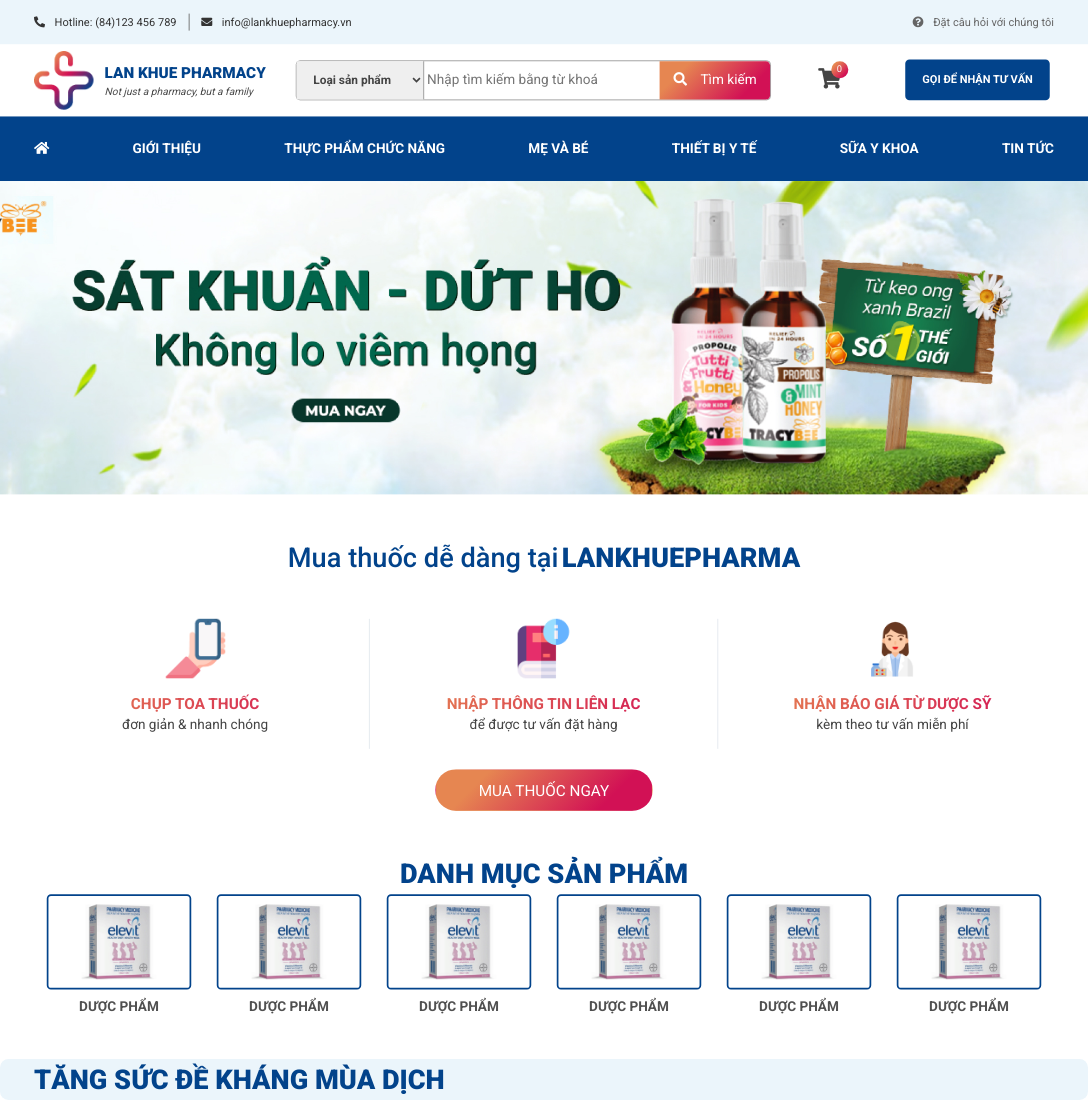
Repository: haianh12082001/Lan-khue
Page: index.html
These files come from the project's save history. The page is drawn as it stood at one moment and after the next save; the edit follows.
The browser window is 1280 px wide. The pictures show the whole page, at 85% of full size.
Some web libraries are served in a nearby version. The style sheet was rebuilt from its Sass, Less or Tailwind sources for each picture, by a compiler version that may differ from the author's.

Above is the page before, as saved 2021-12-18 14:49:56.

After the next save:
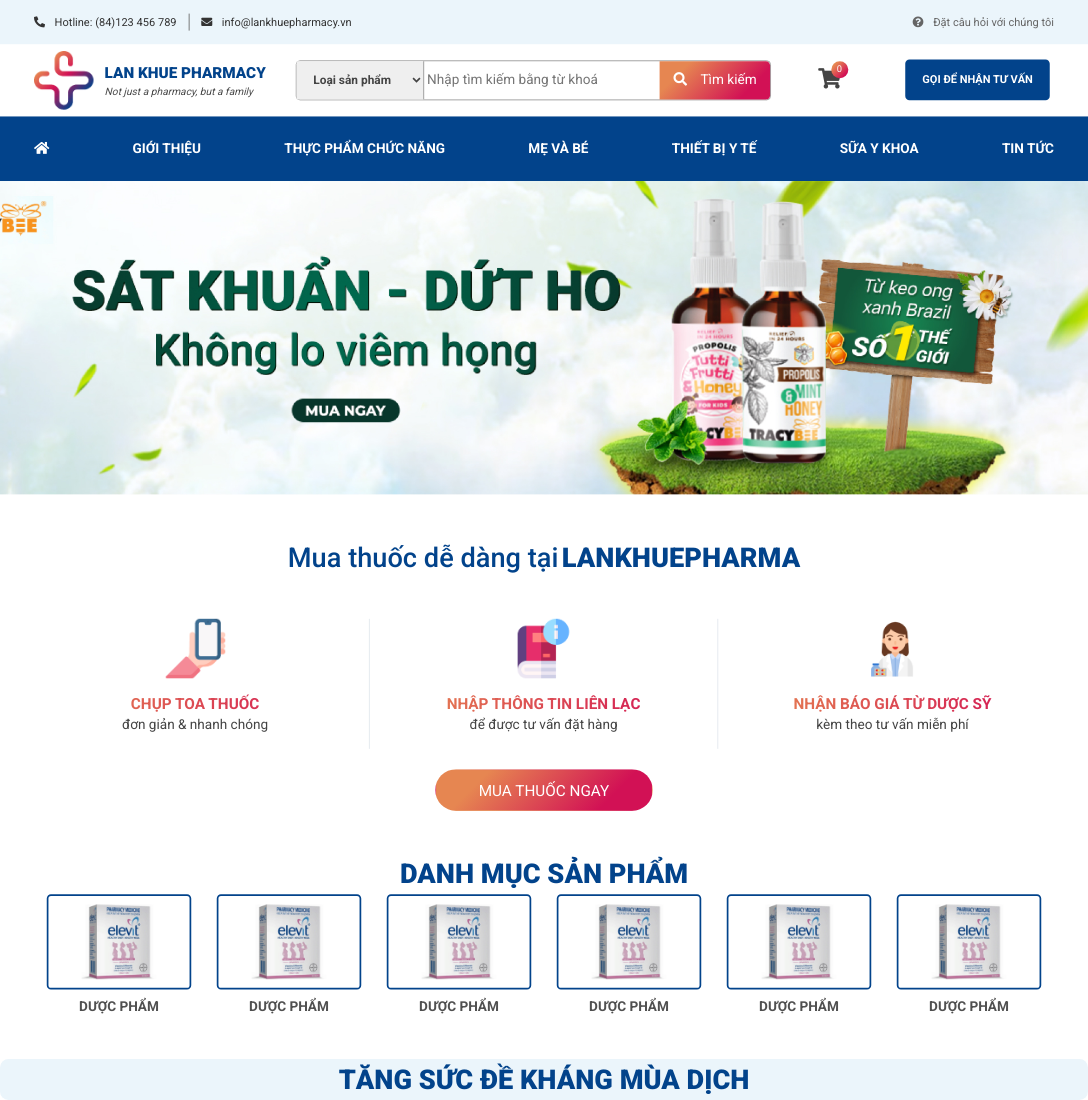
Saved 25 s later.
--- a/index.html
+++ b/index.html
@@ -206,7 +206,7 @@
         <!-- Tăng sức đề kháng mùa dịch -->
         <section class="bg-light-blue">
             <div class="container">
-                <div class="section-title">Tăng sức đề kháng mùa dịch</div>
+                <div class="section-title text-center">Tăng sức đề kháng mùa dịch</div>
             </div>
         </section>
         <script type="text/javascript" src="https://code.jquery.com/jquery-1.11.0.min.js"></script>
